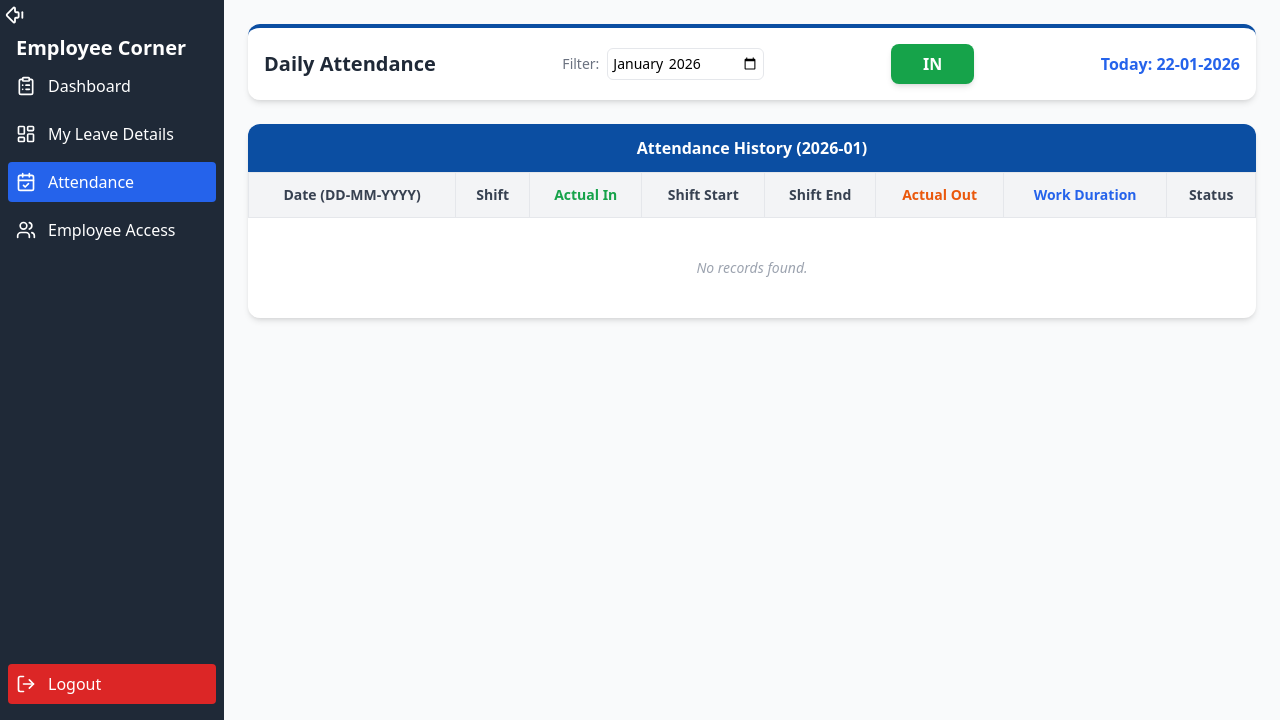
Repository: sixfoxtechnology123/DORIKA_HOSPITAL
Page: /EmployeeAttendance
These files come from the project's save history. The page is drawn as it stood at one moment and after the next save; the edit follows.
The browser window is 1280 px wide. The pictures show the whole page.
The project was rebuilt for these pictures with package versions that can differ from the ones it lists, and the page was loaded fresh each time. Also part of the build but not shown: src/component/HomePage.js, src/component/BackButton.js, src/Master/MasterPage.js, src/component/Sidebar.js, src/Master/DepartmentList.js, src/Master/DepartmentMaster.js, src/Master/DesignationMaster.js, src/Master/DesignationList.js and 40 more.

Above is the page before, as saved 2026-01-22 15:01:50.

### public/index.html
<!DOCTYPE html>
<html lang="en">
  <head>
    <meta charset="utf-8" />
    <link rel="icon" href="%PUBLIC_URL%/dorikaLogo.jpg" />
    <meta name="viewport" content="width=device-width, initial-scale=1" />
    <meta name="theme-color" content="#000000" />
    <meta
      name="description"
      content="Web site created using create-react-app"
    />
    <link rel="apple-touch-icon" href="%PUBLIC_URL%/dorikaLogo.jpg" />
    <!--
      manifest.json provides metadata used when your web app is installed on a
      user's mobile device or desktop. See https://developers.google.com/web/fundamentals/web-app-manifest/
    -->
    <link rel="manifest" href="%PUBLIC_URL%/manifest.json" />
    <!--
      Notice the use of %PUBLIC_URL% in the tags above.
      It will be replaced with the URL of the `public` folder during the build.
      Only files inside the `public` folder can be referenced from the HTML.

      Unlike "/favicon.ico" or "favicon.ico", "%PUBLIC_URL%/favicon.ico" will
      work correctly both with client-side routing and a non-root public URL.
      Learn how to configure a non-root public URL by running `npm run build`.
    -->
    <title>DORIKA HOSPITAL</title>
  </head>
  <body>
    <noscript>You need to enable JavaScript to run this app.</noscript>
    <div id="root"></div>
    <!--
      This HTML file is a template.
      If you open it directly in the browser, you will see an empty page.

      You can add webfonts, meta tags, or analytics to this file.
      The build step will place the bundled scripts into the <body> tag.

      To begin the development, run `npm start` or `yarn start`.
      To create a production bundle, use `npm run build` or `yarn build`.
    -->
  </body>
</html>

### src/index.css
@tailwind base;
@tailwind components;
@tailwind utilities;
body { @apply bg-gray-100; }
@media print {
  body * {
    visibility: hidden !important;
  }

  #print-section, #print-section * {
    visibility: visible !important;
  }

  #print-section {
    position: absolute;
    top: 0;
    left: 0;
    width: 100%;
  }

  @page {
    margin: 10mm;
  }
}

### src/EmployeeCorner/EmployeeCornerSidebar.js
import React, { useState, useEffect } from "react";
import { NavLink, useNavigate, useLocation } from "react-router-dom";
import {
  LayoutDashboard,
  Users,
  CalendarDays,
  FileText,
  Clock,
  Wallet,
  Menu,
  X,
  ArrowBigRightDash,
  ArrowBigLeftDash,
  LogOut,
  ClipboardList,
  CalendarCheck
} from "lucide-react";

const EmployeeCornerSidebar = () => {
  const [isOpen, setIsOpen] = useState(true);
  const [mobileOpen, setMobileOpen] = useState(false);
  const [openMenus, setOpenMenus] = useState([]); // track all open parent menus
  const navigate = useNavigate();
  const location = useLocation();

  const menus = [
    { name: "Dashboard", path: "/EmployeeLeaveDetails", icon: ClipboardList },
    { name: "My Leave Details", path: "/employeeHome", icon: LayoutDashboard },
    { name: "Attendance", path: "/EmployeeAttendance", icon: CalendarCheck },
    {
      name: "Employee Access",
      icon: Users,
      submenus: [
        { name: "User Profile", path: "/UserProfile", icon: Users },
        { name: "Holiday Calendar", path: "/EmployeeCalendar", icon: CalendarDays },
        { name: "Leave Application", path: "/EmployeeLeaveApplication", icon: FileText },
        { name: "Employee Pay Slip", path: "", icon: Wallet },
        { name: "HR Policy", path: "", icon: Clock },
      ],
    },
  ];

  const handleLogout = () => {
    localStorage.removeItem("employeeData");
    localStorage.removeItem("token");
    navigate("/");
  };

  // Keep parent menus open if current route is inside
  useEffect(() => {
    const activeParents = menus
      .filter(menu => menu.submenus && menu.submenus.some(sub => location.pathname === sub.path))
      .map(menu => menu.name);

    setOpenMenus(activeParents);
  }, [location.pathname]);

  const toggleMenu = (menuName) => {
    setOpenMenus(prev => {
      if (prev.includes(menuName)) return prev.filter(name => name !== menuName);
      return [...prev, menuName];
    });
  };

  const isMenuActive = (menu) => {
    if (menu.path && location.pathname === menu.path) return true;
    if (menu.submenus) {
      return menu.submenus.some(sub => location.pathname === sub.path);
    }
    return false;
  };

  return (
    <>
      {/* Mobile Header */}
      <div className="md:hidden flex items-center justify-between bg-gray-800 text-white p-3">
        <h2 className="font-bold">Employee Corner</h2>
        <button onClick={() => setMobileOpen(true)}>
          <Menu size={28} />
        </button>
      </div>

      {/* Sidebar */}
      <div
        className={`fixed inset-y-0 left-0 bg-gray-800 text-white transform transition-transform duration-300 ease-in-out z-50
        ${mobileOpen ? "translate-x-0" : "-translate-x-full"}
        md:static md:translate-x-0 md:flex md:flex-col
        ${isOpen ? "md:w-56" : "md:w-16"}
        md:min-h-screen`}
      >
        <div className="flex flex-col h-full">
          <div className="flex items-center justify-between mb-1 p-1">
            <button className="hidden md:block text-white" onClick={() => setIsOpen(!isOpen)}>
              {isOpen ? <ArrowBigLeftDash size={22} /> : <ArrowBigRightDash size={22} />}
            </button>
            <button className="md:hidden text-white ml-auto" onClick={() => setMobileOpen(false)}>
              <X size={28} />
            </button>
          </div>

          {isOpen && <h2 className="hidden md:block text-xl font-bold mb-1 px-4">Employee Corner</h2>}

          <ul className="space-y-2 px-2 flex-1 overflow-y-auto">
            {menus.map((menu, i) => {
              const Icon = menu.icon;
              const active = isMenuActive(menu);
              const isOpenParent = openMenus.includes(menu.name);

              return (
                <li key={i}>
                  <button
                    onClick={() => menu.submenus ? toggleMenu(menu.name) : navigate(menu.path)}
                    className={`flex items-center gap-3 p-2 w-full text-left rounded transition-colors
                    ${active ? "bg-blue-600 text-white" : "hover:bg-gray-700"}`}
                  >
                    <Icon size={20} />
                    {isOpen && <span>{menu.name}</span>}
                  </button>

                  {menu.submenus && isOpenParent && (
                    <ul className="pl-6 space-y-1 mt-1">
                      {menu.submenus.map((sub, j) => (
                        <li key={j}>
                          <NavLink
                            to={sub.path}
                            className={({ isActive }) =>
                              `flex items-center gap-3 p-2 rounded text-sm transition-colors
                              ${isActive ? "bg-blue-600 text-white" : "hover:bg-gray-700"}`
                            }
                          >
                            <sub.icon size={18} />
                            {isOpen && <span>{sub.name}</span>}
                          </NavLink>
                        </li>
                      ))}
                    </ul>
                  )}
                </li>
              );
            })}
          </ul>

          <div className="px-2 mb-4">
            <button
              onClick={handleLogout}
              className="flex items-center gap-3 w-full bg-red-600 text-white p-2 rounded transition"
            >
              <LogOut size={20} />
              {isOpen && <span>Logout</span>}
            </button>
          </div>
        </div>
      </div>

      {/* Mobile Overlay */}
      {mobileOpen && (
        <div
          className="fixed inset-0 bg-black opacity-50 z-40 md:hidden"
          onClick={() => setMobileOpen(false)}
        ></div>
      )}
    </>
  );
};

export default EmployeeCornerSidebar;

### src/EmployeeCorner/EmployeeAttendance.js
import React, { useState, useEffect } from "react";
import axios from "axios";
import toast from "react-hot-toast";
import EmployeeCornerSidebar from "./EmployeeCornerSidebar";

// Helper to format date for display
const formatDateDisplay = (dateStr) => {
  if (!dateStr) return "-";
  const [y, m, d] = dateStr.split("-");
  return `${d}-${m}-${y}`; // Returns DD-MM-YYYY
};

const calculateWorkTime = (inTime, outTime) => {
  if (!inTime || !outTime || inTime === "--" || outTime === "--") return "--";

  const parseTime = (t) => {
    const [time, modifier] = t.split(" ");
    let [hours, minutes] = time.split(":").map(Number);
    if (modifier === "PM" && hours < 12) hours += 12;
    if (modifier === "AM" && hours === 12) hours = 0;
    return hours * 60 + minutes;
  };

  try {
    const diff = parseTime(outTime) - parseTime(inTime);
    if (diff <= 0) return "--";
    const h = Math.floor(diff / 60);
    const m = diff % 60;
    return `${h}h ${m}m`;
  } catch (e) {
    return "--";
  }
};
const EmployeeAttendance = () => {
  const [history, setHistory] = useState([]);
  const [loading, setLoading] = useState(false);
  const [employeeFullName, setEmployeeFullName] = useState("");
  const [selectedMonth, setSelectedMonth] = useState(new Date().toISOString().slice(0, 7)); // YYYY-MM

  const loggedUser = JSON.parse(localStorage.getItem("employeeUser"));

  const fetchHistory = async () => {
    try {
      const res = await axios.get(`http://localhost:5002/api/attendance/my/${loggedUser.employeeUserId}`);
      setHistory(res.data);
    } catch (err) {
      console.error(err);
    }
  };

  useEffect(() => {
    const getMasterData = async () => {
      try {
        const res = await axios.get("http://localhost:5002/api/employees");
        if (res.data && Array.isArray(res.data)) {
          const targetEmployee = res.data.find(emp => emp.employeeUserId === loggedUser.employeeUserId);
          if (targetEmployee) {
            const fName = targetEmployee.firstName || "";
            const mName = targetEmployee.middleName || "";
            const lName = targetEmployee.lastName || "";
            const fullName = `${fName} ${mName} ${lName}`.replace(/\s+/g, ' ').trim();
            setEmployeeFullName(fullName);
          }
        }
      } catch (err) {
        console.error("Could not access the employee list API");
      }
    };

    if (loggedUser?.employeeUserId) {
      getMasterData();
      fetchHistory();
    }
  }, []);

  // Today's date reference
  const todayStr = new Date().toISOString().split('T')[0];

  // Find today's record in the history to toggle button state
  const todaysRecord = history.length > 0
    ? history[0].records.find(rec => rec.date === todayStr)
    : null;

  const hasIn = !!todaysRecord?.checkInTime;
  const hasOut = !!todaysRecord?.checkOutTime;

  const handleAttendanceAction = async () => {
    if (!loggedUser || !loggedUser.employeeUserId) {
      toast.error("You must be logged in!");
      return;
    }

  setLoading(true);
  try {
    const storageName = `${loggedUser.firstName || ""} ${loggedUser.lastName || ""}`.trim();
    const nameToStore = employeeFullName || storageName || loggedUser.employeeUserId;

    const res = await axios.post("http://localhost:5002/api/attendance/mark", {
      employeeId: loggedUser.employeeID,
      employeeUserId: loggedUser.employeeUserId,
      employeeName: nameToStore,
    });

    // Check if the backend returned a successful save but with an "Absent" status
    if (res.data.status === "Absent") {
      toast.error(res.data.message, { duration: 5000 }); // Red toast for late entry
    } else {
      toast.success(res.data.message); // Green toast for "Present" or "Out"
    }

    fetchHistory();
  } catch (err) {
    // This catches the 400 error (Too Early / No Shift) and shows the backend message
    const errorMsg = err.response?.data?.message || "Error marking attendance";
    toast.error(errorMsg);
  } finally {
    setLoading(false);
  }
};

  const filteredRecords = history.length > 0
    ? history[0].records.filter(rec => rec.date.startsWith(selectedMonth))
    : [];

  return (
    <div className="flex flex-col md:flex-row min-h-screen bg-gray-50">
      <EmployeeCornerSidebar />
      <div className="flex-1 p-4 sm:p-6">

        {/* Top Header Section */}
        <div className="bg-white rounded-xl shadow-md p-4 mb-6 border-t-4 border-dorika-blue">
          <div className="flex flex-col md:flex-row items-center justify-between gap-4">
            <h2 className="text-xl font-bold text-gray-800 whitespace-nowrap">
              Daily Attendance
            </h2>

            <div className="flex items-center gap-2">
              <span className="text-sm font-medium text-gray-500">Filter:</span>
              <input
                type="month"
                value={selectedMonth}
                onChange={(e) => setSelectedMonth(e.target.value)}
                className="border rounded-md p-1 text-sm focus:outline-none focus:ring-2 focus:ring-blue-400"
              />
            </div>

            {/* In/Out Toggle Button */}
            <button
              onClick={handleAttendanceAction}
              disabled={loading || (hasIn && hasOut)}
              className={`${
                hasIn ? "bg-orange-600 hover:bg-orange-700" : "bg-green-600 hover:bg-green-700"
              } text-white px-8 py-2 rounded-lg font-bold transition-all shadow-md disabled:bg-gray-400 whitespace-nowrap`}
            >
              {loading ? "Processing..." : (hasIn && !hasOut) ? "OUT" : (hasIn && hasOut) ? "MARKED" : "IN"}
            </button>

            <div className="text-blue-600 font-semibold whitespace-nowrap">
              Today: {formatDateDisplay(todayStr)}
            </div>
          </div>
        </div>

        {/* History Table */}
        <div className="bg-white rounded-xl shadow-md overflow-hidden">
          <div className="bg-dorika-blue p-3 text-white font-bold text-center">
            Attendance History ({selectedMonth})
          </div>
          <div className="overflow-x-auto">
            <table className="w-full text-sm text-center">
        <thead className="bg-gray-100 text-gray-700">
          <tr>
            <th className="p-3 border">Date (DD-MM-YYYY)</th>
            <th className="p-3 border">Shift</th>
            <th className="p-3 border text-green-600">Actual In</th> {/* New */}
            <th className="p-3 border">Shift Start</th> {/* New */}
            <th className="p-3 border">Shift End</th> {/* New */}
            <th className="p-3 border text-orange-600">Actual Out</th> {/* New */}
            <th className="p-3 border text-blue-600">Work Duration</th>
            <th className="p-3 border">Status</th>
          </tr>
        </thead>
          <tbody>
              {filteredRecords.length > 0 ? (
                filteredRecords.slice().reverse().map((rec, index) => {
                  const workTime = calculateWorkTime(rec.checkInTime, rec.checkOutTime);

                  return (
                    <tr
                      key={index}
                      className={`border-b ${rec.status.includes('Holiday') ? 'bg-yellow-50' : 'hover:bg-blue-50'}`}
                    >
                      {/* 1. Date */}
                      <td className="p-3 border font-medium">
                        {formatDateDisplay(rec.date)}
                      </td>

                      {/* 2. Shift Code */}
                      <td className="p-3 border font-bold text-indigo-600">
                        {rec.shiftCode || "--"}
                      </td>

                      {/* 3. Actual In Time */}
                      <td className="p-3 border font-semibold text-green-700">
                        {rec.checkInTime || "--"}
                      </td>

                      {/* 4. Shift Start Time */}
                      <td className="p-3 border text-gray-500 font-semibold italic">
                        {rec.shiftStartTime || "--"}
                      </td>

                      {/* 5. Shift End Time */}
                      <td className="p-3 border text-gray-500 font-semibold italic">
                        {rec.shiftEndTime || "--"}
                      </td>

                      {/* 6. Actual Out Time */}
                      <td className="p-3 border font-semibold text-orange-700">
                        {rec.checkOutTime || "--"}
                      </td>

                      {/* 7. Total Work Duration */}
                      <td className="p-3 border font-bold text-gray-700">
                        {workTime}
                      </td>

                      {/* 8. Status & Late Entry Logic */}
                      <td className="p-3 border text-center">
                        <div className="flex flex-col items-center justify-center gap-1">
                          <span className={`px-3 py-1 rounded-full text-xs font-bold ${
                            rec.status === 'Present'
                              ? 'bg-green-100 text-green-700'
                              : rec.status === 'Absent'
                                ? 'bg-red-100 text-red-700'
                                : 'bg-gray-100 text-gray-700'
                          }`}>
                            {rec.status}
                          </span>

                          {/* Late Entry logic: Show if status is Present but marked as Late from backend */}
                          {(rec.isLateEntry || (rec.status === 'Present' && rec.isLate)) && (
                            <span className="text-[10px] text-red-500 font-bold uppercase animate-pulse">
                              Late Entry
                            </span>
                          )}
                        </div>
                      </td>
                    </tr>
                  );
                })
              ) : (
                <tr>
                  <td colSpan="8" className="p-10 text-gray-400 italic text-center">No records found.</td>
                </tr>
              )}
            </tbody>
            </table>
          </div>
        </div>
      </div>
    </div>
  );
};

export default EmployeeAttendance;

### tailwind.config.js
/** @type {import('tailwindcss').Config} */
module.exports = {
  content: [
    "./src/**/*.{js,jsx,ts,tsx}",
  ],
  theme: {
    extend: {
      colors: {
        dorika: {
          blue: "#0B4EA2",
          blueLight: "#EAF2FF",
          orange: "#F36C21",
          green: "#2BB673",
        },
      },
    //     fontFamily: {
    //   humanist: ['Merriweather', 'serif'],
    // },
    },
  },
  plugins: [],
}

Loaded but not shown: src/index.js (common file); src/reportWebVitals.js (common file); src/App.js (123 lines, source omitted)

After the next save:
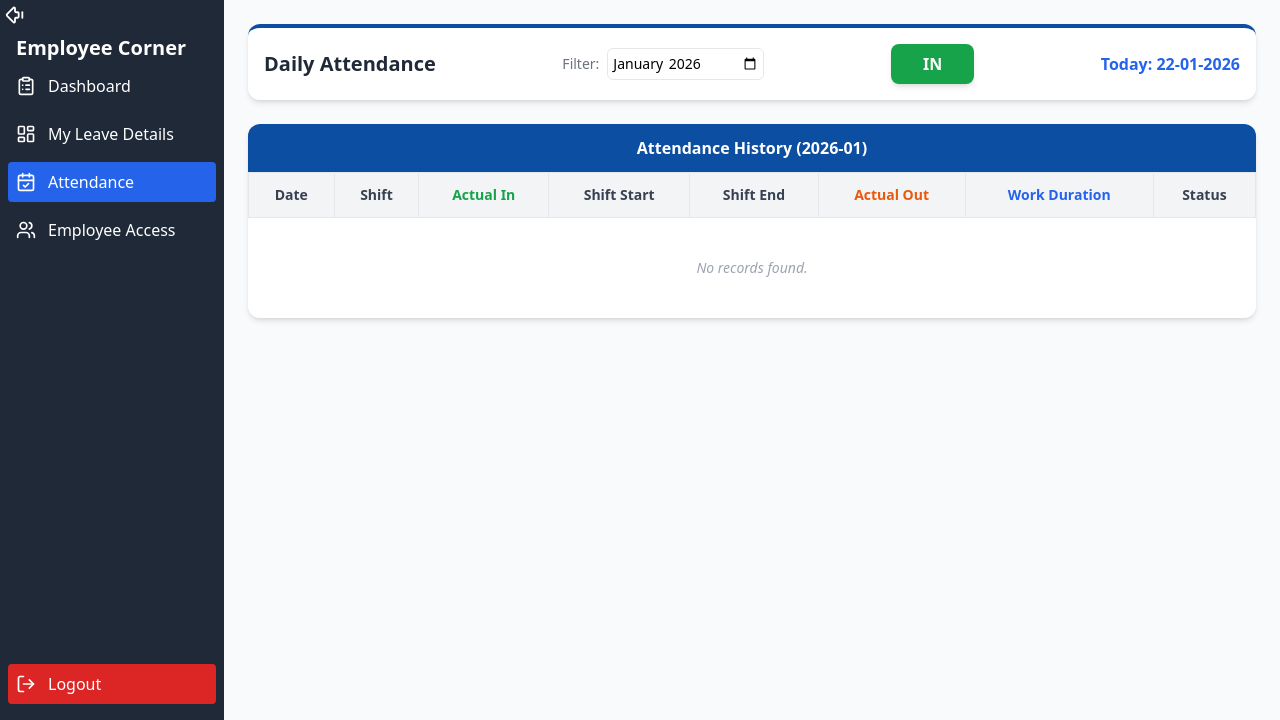
Saved 4 min 25 s later.
--- a/src/EmployeeCorner/EmployeeAttendance.js
+++ b/src/EmployeeCorner/EmployeeAttendance.js
@@ -170,7 +170,7 @@ const EmployeeAttendance = () => {
             <table className="w-full text-sm text-center">
         <thead className="bg-gray-100 text-gray-700">
           <tr>
-            <th className="p-3 border">Date (DD-MM-YYYY)</th>
+            <th className="p-3 border">Date</th>
             <th className="p-3 border">Shift</th>
             <th className="p-3 border text-green-600">Actual In</th> {/* New */}
             <th className="p-3 border">Shift Start</th> {/* New */}
